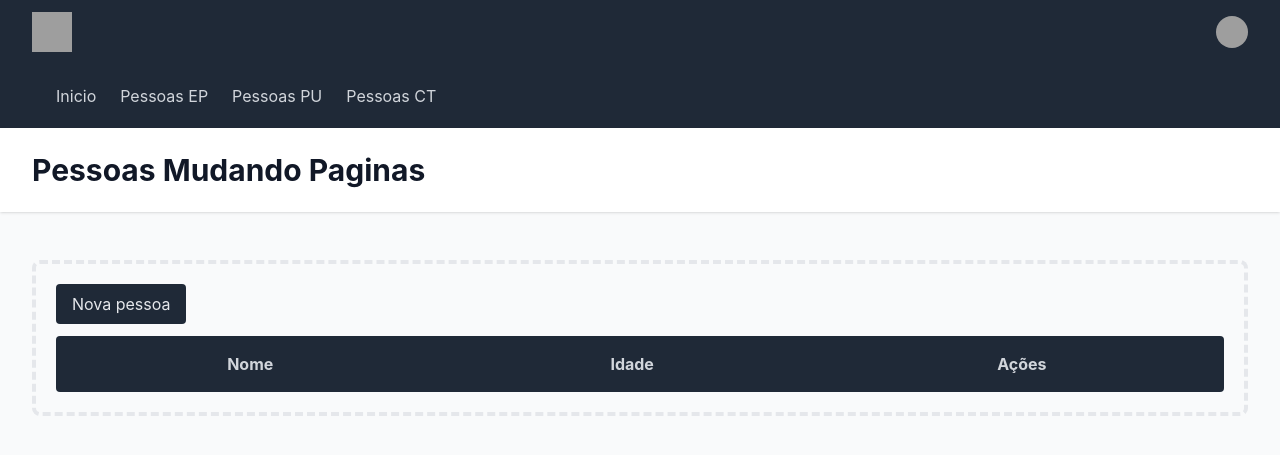
Repository: NunesXdecK/portfolio-jn-old
Page: /pessoa
The author's editor kept a copy of each file at every save. The page is drawn from the files as they stood at one save, then again after the next save.
The browser window is 1280 px wide. The pictures show the whole page.
Pictures or frames that could not be fetched are drawn as grey boxes. The page's requests for data from a server got no answer. The project was rebuilt for these pictures with package versions that can differ from the ones it lists, and the page was loaded fresh each time. The framework's server and built-in components were replaced by stand-ins that run in the browser. No one was signed in, and anything a server would have sent is missing. Also part of the build but not shown: next.config.js.

Above is the page before, as saved 2022-01-08 12:06:02.

After the next save:
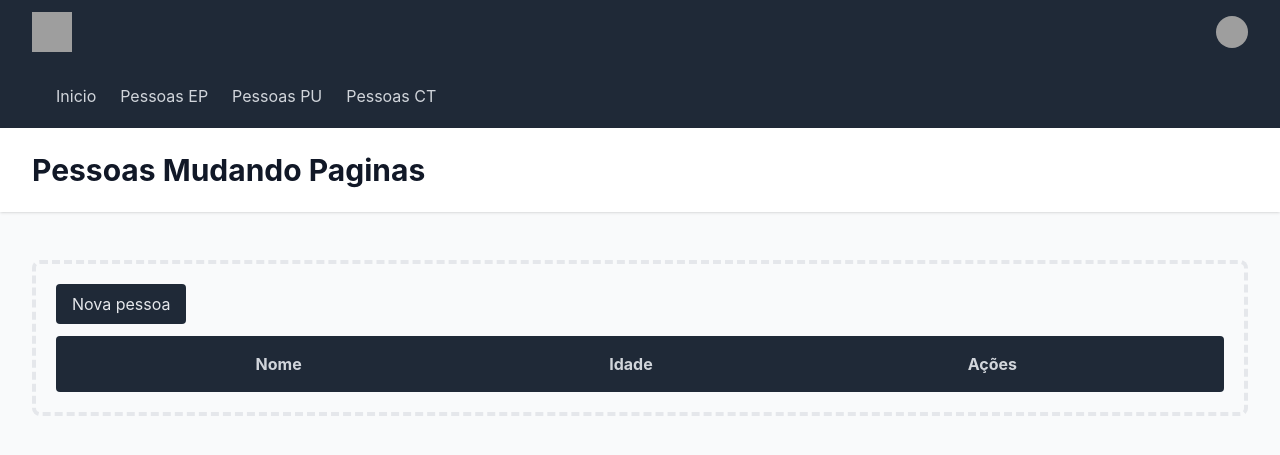
Saved 5 s later.
--- a/src/components/Tabela.tsx
+++ b/src/components/Tabela.tsx
@@ -18,9 +18,9 @@ export default function Tabela(props: TabelaProps) {
     function renderizarCabecalho() {
         return (
             <tr>
-                {props.verId ? <th className={tdStyles}>Código</th> : false}
+                {props.verId ? <th className={tdStylesSm}>Código</th> : false}
                 <th className={tdStyles}>Nome</th>
-                <th className={tdStyles}>Idade</th>
+                <th className={tdStylesSm}>Idade</th>
                 {props.selecionarPessoa || props.excluirPessoa ? (
                     <th className={tdStyles}>Ações</th>
                 ) : false}
